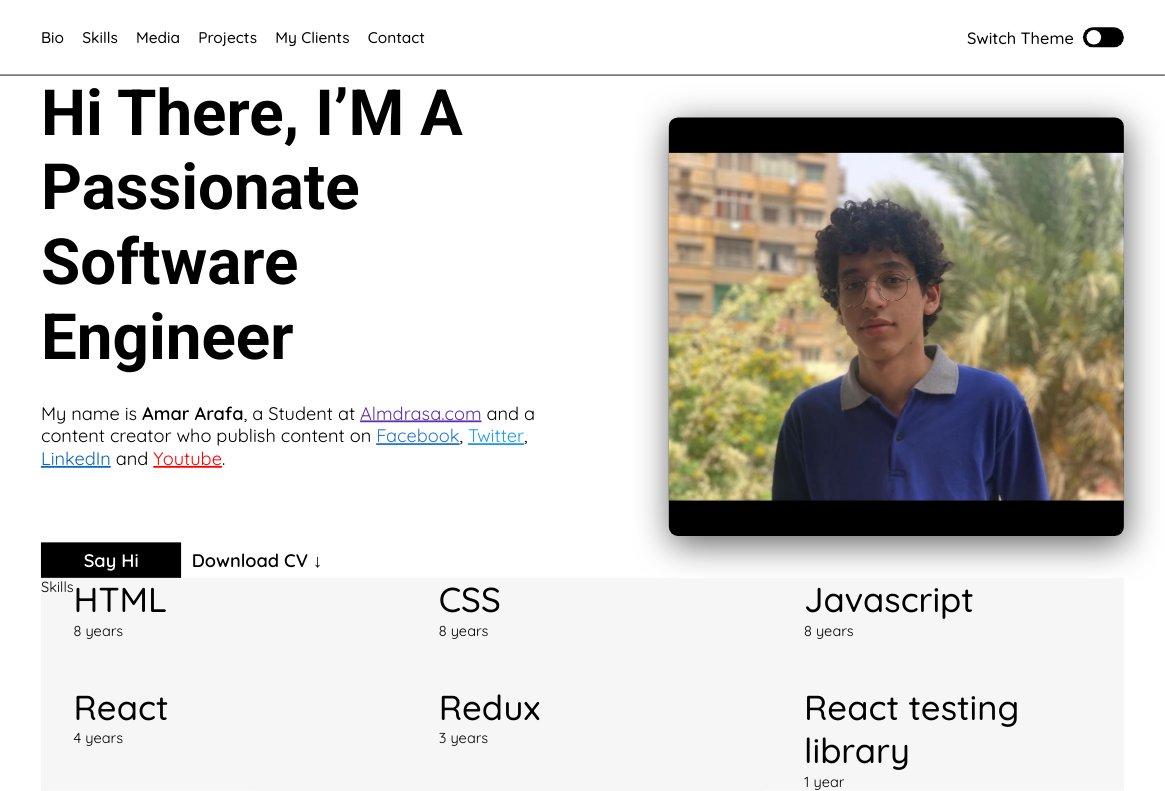
Repository: benarafa1/personal-website
Page: index.html
An editor plug-in stored every save of this project. The page is shown before and after the next save, followed by the edit.
The browser window is 1280 px wide. The pictures show the whole page, at 91% of full size.

Above is the page before, as saved 2025-04-12 16:16:26.

After the next save:
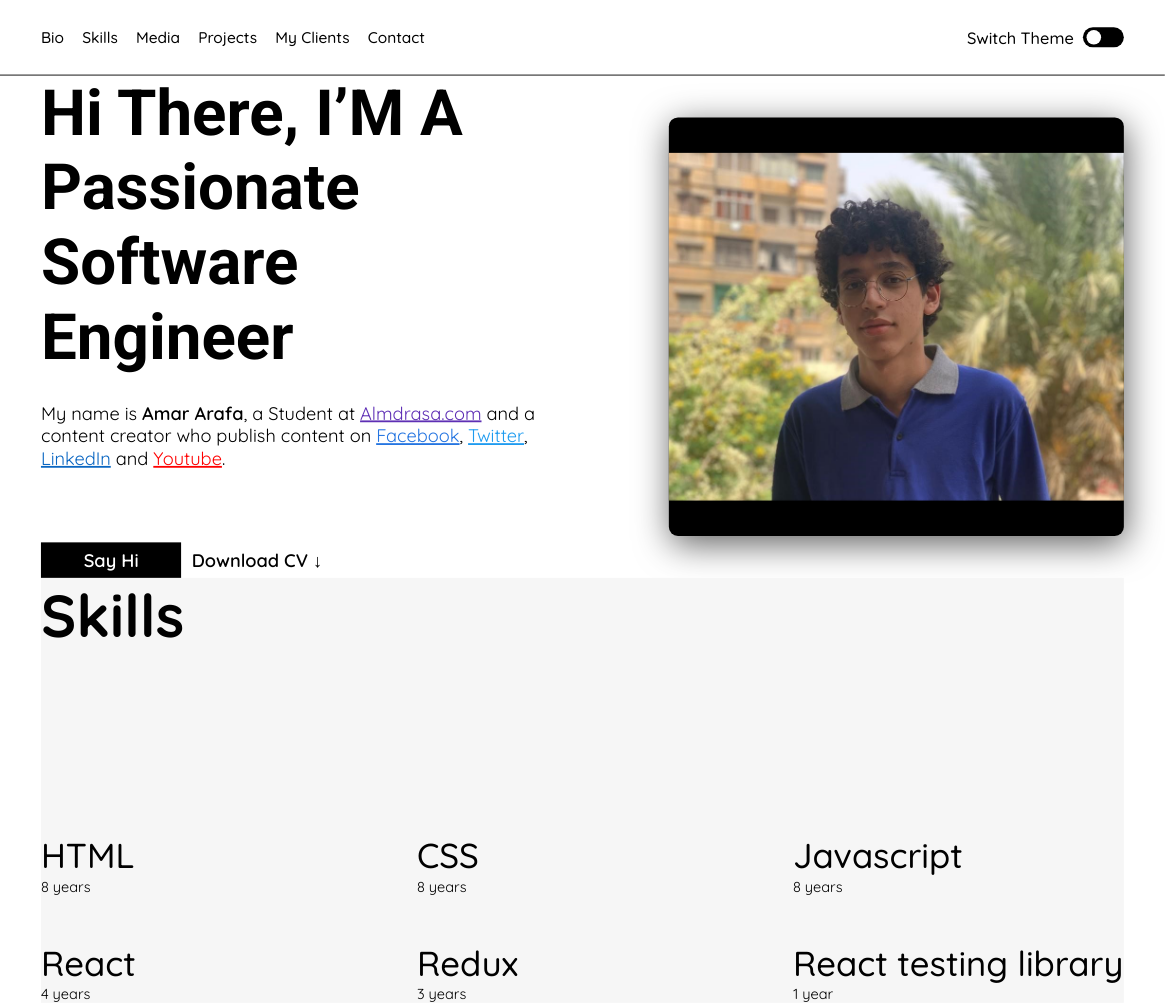
Saved 23 s later.
--- a/index.html
+++ b/index.html
@@ -68,7 +68,7 @@
         </div>
       </section>
       <section class="skills section">
-        <h2 class="skills__heading">Skills</h2>
+        <h2 class="h2__heading">Skills</h2>
         <div class="skills__languages">
           <div class="html">
             <p class="language">HTML</p>
